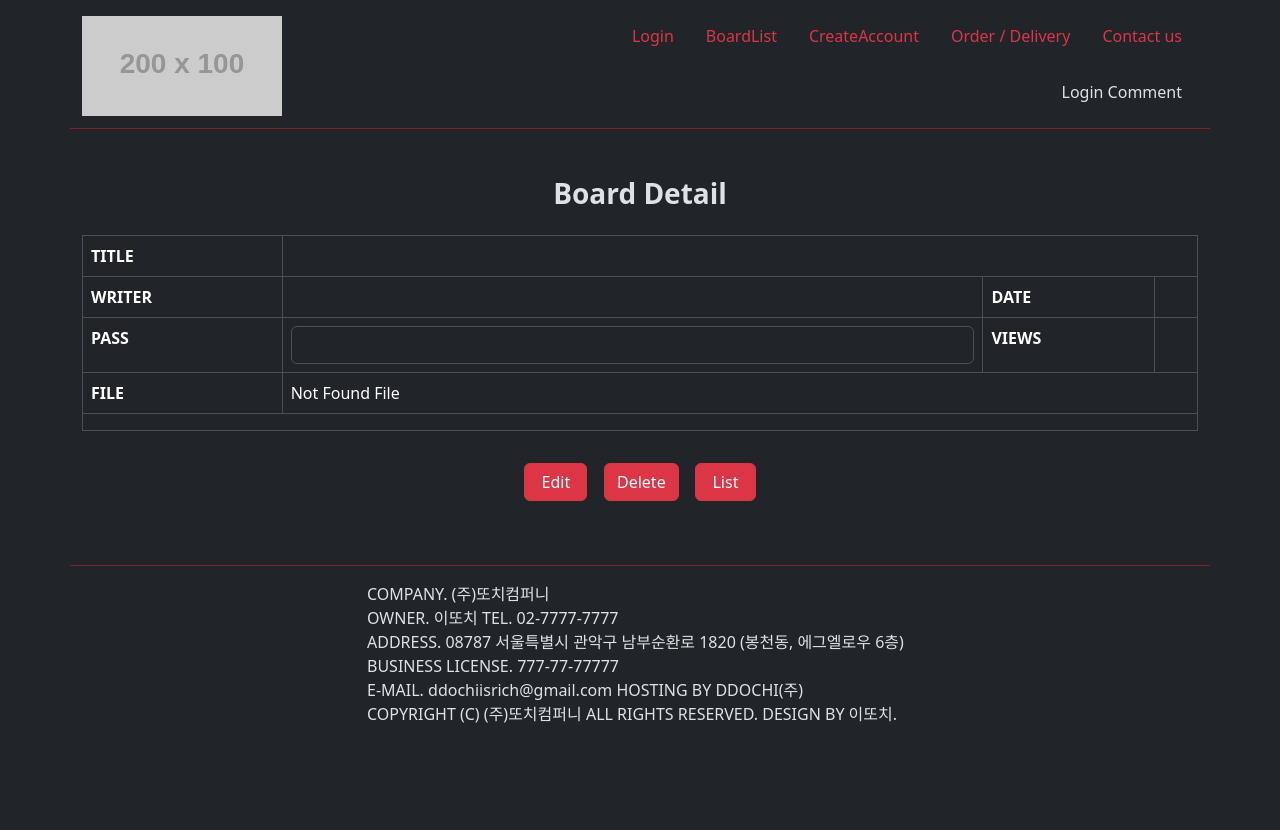
Repository: ddochiisrich/Ddochi-Web
Page: http://localhost/JSPClassCh06/WEB-INF/board/boardDetail.jsp
These files come from the project's save history. The page is drawn as it stood at one moment and after the next save; the edit follows.
The browser window is 1280 px wide. The pictures show the whole page.
The page is served by Tomcat 9. Nobody is signed in. Other server files are loaded and not shown. The template is opened directly, without the code that normally fills it, so the values that code supplies are empty.

Above is the page before, as saved 2024-04-11 02:57:14.

### JSPClassCh06/src/main/webapp/WEB-INF/board/boardDetail.jsp
<%@ page language="java" contentType="text/html; charset=UTF-8"
    pageEncoding="UTF-8"%>
<%@ taglib prefix="c" uri="http://java.sun.com/jsp/jstl/core"%>
<%@ taglib prefix="fmt" uri="http://java.sun.com/jsp/jstl/fmt"%>
<!DOCTYPE html>
<html lang="ko" data-bs-theme="dark">
<head>
<meta charset="UTF-8">
<meta name="viewport" content="width=device-width, initial-scale=1">
<title>🧛🏻 Board List 🧛🏻</title>
<link href="bootstrap/bootstrap.min.css" rel="stylesheet">
</head>
<body>
	<div class="container">
		<!-- header start -->
		<%@ include file="../pages/header.jsp" %>
		<!-- header end -->
		<!-- content -->
		<div class="row my-5" id="global-content">
			<div class="col">
				<div class="row text-center">
					<div class="col">
						<h2 class="fs-3 fw-bold">Board Detail</h2>
					</div>
				</div>
				<div class="row my-3">
					<div class="col">
						<table class="table table-bordered">
							<tbody>
								<tr>
									<th>TITLE</th>
									<td colspan="3">${ board.title }</td>
								</tr>
								<tr>
									<th>WRITER</th>
									<td>${ board.writer }</td>
									<th>DATE</th>
									<td><fmt:formatDate value="${ board.regDate }"
										pattern="yyyy-MM-dd HH:mm"/></td>
								</tr>
								<tr>
									<th>PASS</th>
										<div class="col-8">
											<td><input class="form-control" type="password" name="pass" id="pass"></td>
										</div>
									<th>VIEWS</th>
									<td>${ board.readCount }</td>
								</tr>
								<tr>
									<th>FILE</th>
									<td colspan="3">
										<c:if test="${ empty board.file1 }">
											Not Found File
										</c:if>
										<c:if test="${ not empty board.file1 }">
											<a href="upload/${ board.file1 }">File DownLoad</a>
										</c:if>
									</td>
								</tr>
								<tr>
									<td colspan="4" style="white-space:pre">${ board.content }</td>
								</tr>
							</tbody>
						</table>
					</div>
				</div>
				<div class="row my-3">
					<div class="col text-center">
						<input type="button" class="btn btn-danger" id="detailUpdate" value=" Edit ">
						&nbsp;&nbsp;
						<input type="button" class="btn btn-danger" id="detailDelete" value="Delete">
						&nbsp;&nbsp;
						<input type="button" class="btn btn-danger" value=" List "
							onclick="location.href='boardList'">
					</div>
				</div>
			</div>
		</div>
		<!-- footer start -->
		<%@ include file="../pages/footer.jsp" %>
		<!-- footer end -->
		<script src="bootstrap/bootstrap.bundle.min.js"></script>
	</div>
</body>
</html>

### JSPClassCh06/src/main/webapp/WEB-INF/pages/header.jsp
<%@ page language="java" contentType="text/html; charset=UTF-8"
    pageEncoding="UTF-8"%>
<!DOCTYPE html>
<html>
<head>
<meta charset="UTF-8">
<title>Insert title here</title>
</head>
<body>
	<div class="row border-bottom border-danger-subtle pt-3">
			<div class="col-4">
				<img
					src="https://via.placeholder.com/200X100/DC3645/ffffff ?Text=Digital.com">️
			</div>
			<div class="col-8">
				<div class="row">
					<div class="col">
						<ul class="nav justify-content-end">
							<li class="nav-item"><a class="nav-link active link-danger"
								aria-current="page" href="#">Login</a></li>
							<li class="nav-item"><a class="nav-link link-danger"
								href="boardList">BoardList</a></li>
							<li class="nav-item"><a class="nav-link link-danger"
								href="#">CreateAccount</a></li>
							<li class="nav-item"><a class="nav-link link-danger"
								href="#">Order / Delivery</a></li>
							<li class="nav-item"><a class="nav-link link-danger"
								href="#">Contact us</a></li>
						</ul>
					</div>
				</div>
				️
				<div class="row">
					<div class="col text-end me-3">Login Comment</div>
				</div>
				️
			</div>
		</div>
</body>
</html>

### JSPClassCh06/src/main/webapp/WEB-INF/pages/footer.jsp
<%@ page language="java" contentType="text/html; charset=UTF-8"
    pageEncoding="UTF-8"%>
<!DOCTYPE html>
<html>
<head>
<meta charset="UTF-8">
<title>Insert title here</title>
</head>
<body>
	<div class="row my-5 border-top border-danger-subtle"
			id="global-footer">
			<!-- footer -->

			<div class="col-3"></div>

			<div class="col-6 text-center py-3">
				<p class="text-start">
					COMPANY. (주)또치컴퍼니<br> OWNER. 이또치 TEL. 02-7777-7777<br>
					ADDRESS. 08787 서울특별시 관악구 남부순환로 1820 (봉천동, 에그엘로우 6층)<br>
					BUSINESS LICENSE. 777-77-77777 <br>
					E-MAIL. ddochiisrich@gmail.com HOSTING BY DDOCHI(주)<br>
					COPYRIGHT (C) (주)또치컴퍼니 ALL RIGHTS RESERVED. DESIGN BY 이또치.<br>
				</p>
				️
			</div>

			<div class="col-3"></div>

		</div>
</body>
</html>

Loaded but not shown: JSPClassCh06/src/main/webapp/bootstrap/bootstrap.min.css (library); JSPClassCh06/src/main/webapp/bootstrap/bootstrap.bundle.min.js (library)

After the next save:
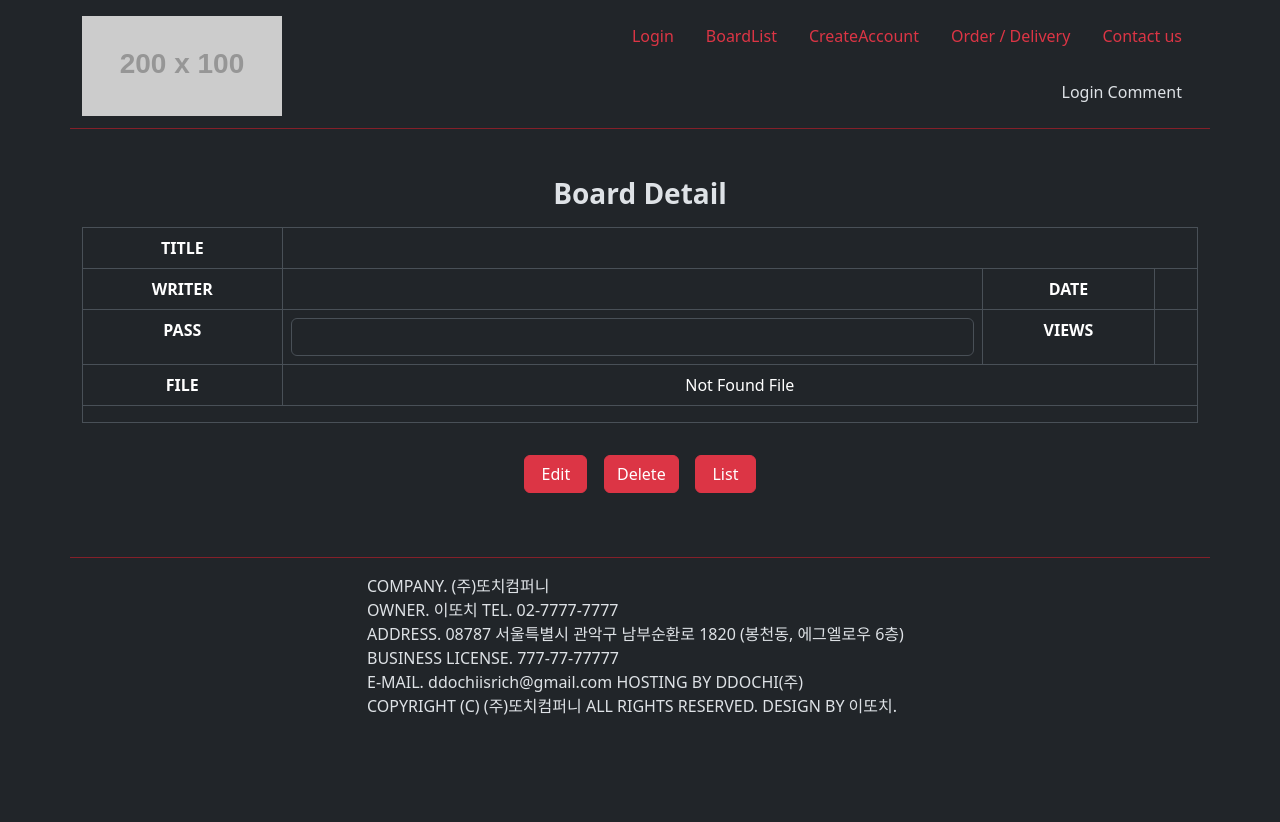
Saved 3 min 21 s later.
--- a/JSPClassCh06/src/main/webapp/WEB-INF/board/boardDetail.jsp
+++ b/JSPClassCh06/src/main/webapp/WEB-INF/board/boardDetail.jsp
@@ -15,14 +15,15 @@
 		<!-- header start -->
 		<%@ include file="../pages/header.jsp" %>
 		<!-- header end -->
+
 		<!-- content -->
 		<div class="row my-5" id="global-content">
 			<div class="col">
+
 				<div class="row text-center">
 					<div class="col">
 						<h2 class="fs-3 fw-bold">Board Detail</h2>
-					</div>
-				</div>
+
 				<div class="row my-3">
 					<div class="col">
 						<table class="table table-bordered">
@@ -76,6 +77,8 @@
 				</div>
 			</div>
 		</div>
+	</div>
+</div>
 		<!-- footer start -->
 		<%@ include file="../pages/footer.jsp" %>
 		<!-- footer end -->

After the save that followed:
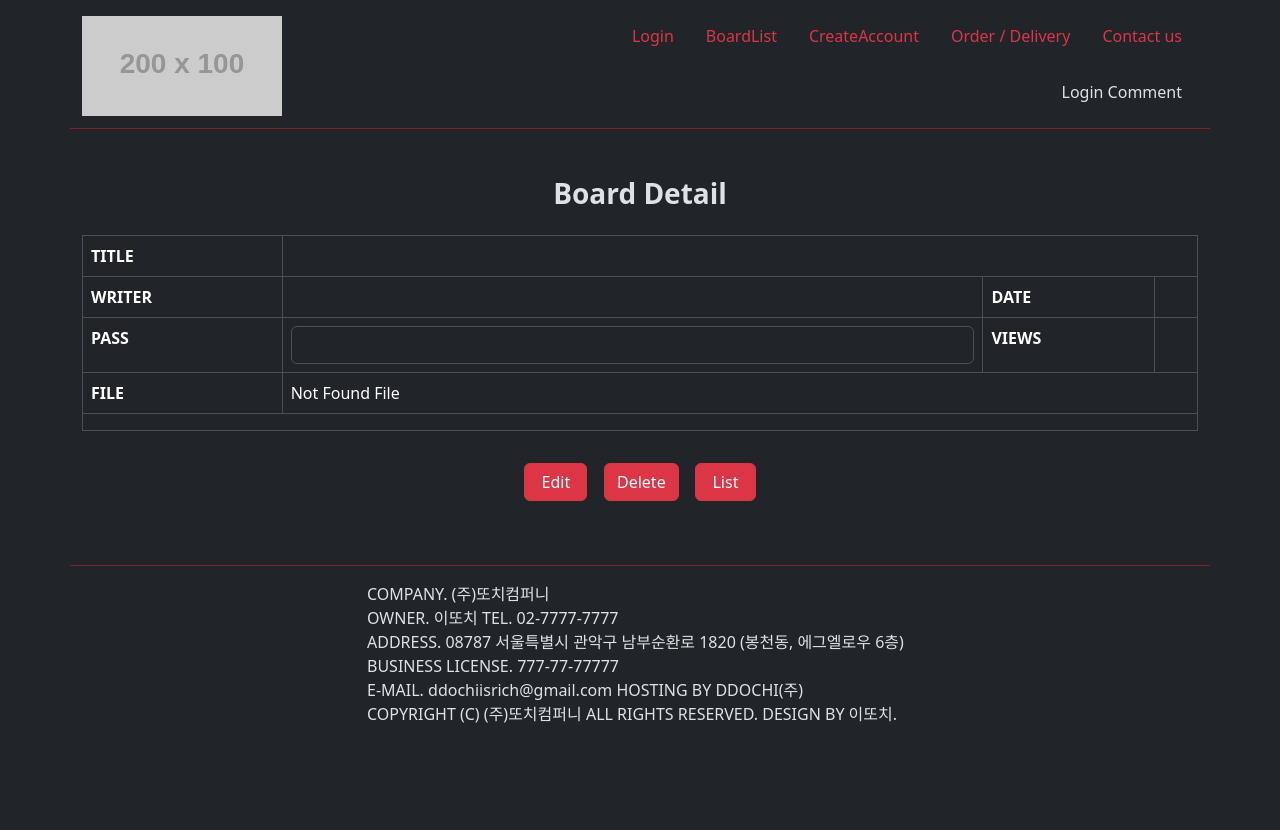
Saved 107 s later.
--- a/JSPClassCh06/src/main/webapp/WEB-INF/board/boardDetail.jsp
+++ b/JSPClassCh06/src/main/webapp/WEB-INF/board/boardDetail.jsp
@@ -23,7 +23,8 @@
 				<div class="row text-center">
 					<div class="col">
 						<h2 class="fs-3 fw-bold">Board Detail</h2>
-
+					</div>
+				</div>
 				<div class="row my-3">
 					<div class="col">
 						<table class="table table-bordered">
@@ -77,8 +78,6 @@
 				</div>
 			</div>
 		</div>
-	</div>
-</div>
 		<!-- footer start -->
 		<%@ include file="../pages/footer.jsp" %>
 		<!-- footer end -->
